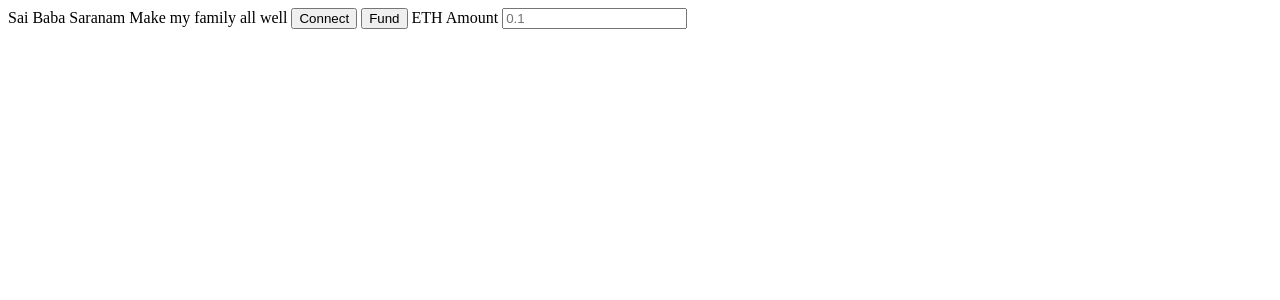
Repository: Sugunaramkumar/Fund-Me-App---FCC
Page: index.html
The author's editor kept a copy of each file at every save. The page is drawn from the files as they stood at one save, then again after the next save.
The browser window is 1280 px wide. The pictures show the whole page.

Above is the page before, as saved 2022-07-27 07:38:06.

After the next save:
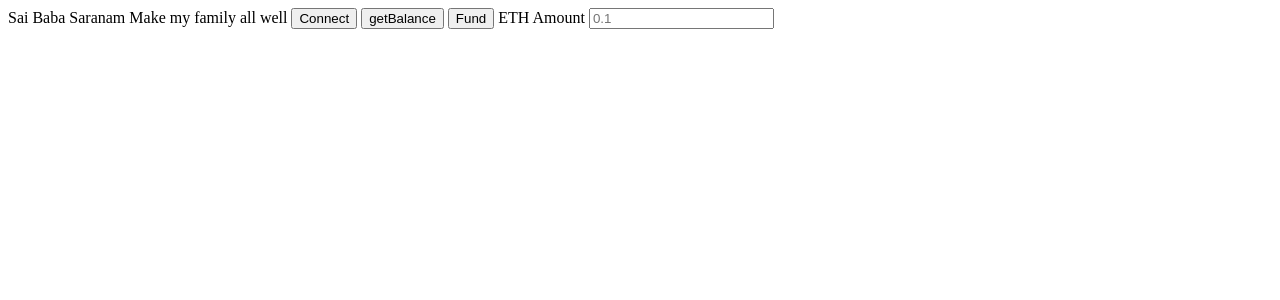
Saved 3 min 39 s later.
--- a/index.html
+++ b/index.html
@@ -9,8 +9,13 @@
     <script src="./index.js" type="module">
     </script>
     <button id="connectButton">Connect</button>
+    <button id="balanceButton">getBalance</button>
     <button id="fundButton">Fund</button>
+
+
+    <!-- form -->
     <label for ="fund">ETH Amount</label>
     <input id ="ethAmount" placeholder="0.1"/>
+     <!-- form -->
 </body>
 </html>
